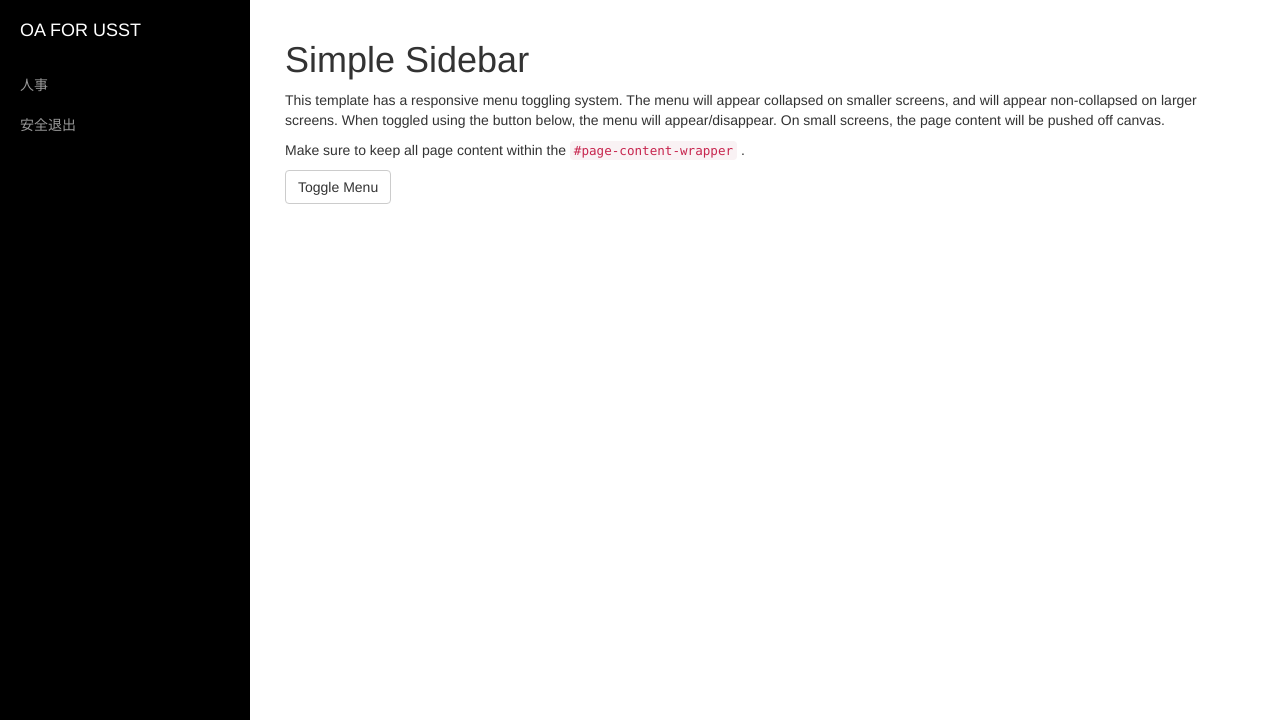
Repository: krzyty/OA_USST
Page: http://localhost/USSTOA/adminMain.jsp
An editor plug-in stored every save of this project. The page is shown before and after the next save, followed by the edit.
The browser window is 1280 px wide. The pictures show the whole page.
The page is served by Tomcat 9. Other server files are loaded and not shown.

Above is the page before, as saved 2017-07-05 06:55:19.

### 整合好的(不能修改)/OA_USST/USSTOA/WebContent/adminMain.jsp
<%@ page language="java" contentType="text/html; charset=UTF-8"
	pageEncoding="UTF-8"%><!DOCTYPE html>
<html lang="en">

<head>

<meta charset="utf-8">
<meta http-equiv="X-UA-Compatible" content="IE=edge">
<meta name="viewport" content="width=device-width, initial-scale=1">
<meta name="description" content="">
<meta name="author" content="">

<title>管理员主页</title>

<!-- Bootstrap Core CSS -->
<link href="css/bootstrap.min.css" rel="stylesheet">

<!-- Custom CSS -->
<link href="css/simple-sidebar.css" rel="stylesheet">

</head>

<body>

	<div id="wrapper">

		<!-- Sidebar -->
		<div id="sidebar-wrapper">
			<ul class="sidebar-nav">
				<li class="sidebar-brand"><a> OA FOR USST </a>
				</li>
				<li><a href="#">人事</a>
				</li>
				<li><a href="logout">安全退出</a>
				</li>
			</ul>
		</div>
		<!-- /#sidebar-wrapper -->

		<!-- Page Content -->
		<div id="page-content-wrapper">
			<div class="container-fluid">
				<div class="row">
					<div class="col-lg-12">
						<h1>Simple Sidebar</h1>
						<p>This template has a responsive menu toggling system. The
							menu will appear collapsed on smaller screens, and will appear
							non-collapsed on larger screens. When toggled using the button
							below, the menu will appear/disappear. On small screens, the page
							content will be pushed off canvas.</p>
						<p>
							Make sure to keep all page content within the
							<code>#page-content-wrapper</code>
							.
						</p>
						<a href="#menu-toggle" class="btn btn-default" id="menu-toggle">Toggle
							Menu</a>
					</div>
				</div>
			</div>
		</div>
		<!-- /#page-content-wrapper -->

	</div>
	<!-- /#wrapper -->

	<!-- jQuery -->
	<script src="js/jquery.js"></script>

	<!-- Bootstrap Core JavaScript -->
	<script src="js/bootstrap.min.js"></script>

	<!-- Menu Toggle Script -->
	<script>
		$("#menu-toggle").click(function(e) {
			e.preventDefault();
			$("#wrapper").toggleClass("toggled");
		});
	</script>

</body>

</html>

### 整合好的(不能修改)/OA_USST/USSTOA/WebContent/css/simple-sidebar.css
/*!
 * Start Bootstrap - Simple Sidebar HTML Template (http://startbootstrap.com)
 * Code licensed under the Apache License v2.0.
 * For details, see http://www.apache.org/licenses/LICENSE-2.0.
 */

/* Toggle Styles */

#wrapper {
    padding-left: 0;
    -webkit-transition: all 0.5s ease;
    -moz-transition: all 0.5s ease;
    -o-transition: all 0.5s ease;
    transition: all 0.5s ease;
}

#wrapper.toggled {
    padding-left: 250px;
}

#sidebar-wrapper {
    z-index: 1000;
    position: fixed;
    left: 250px;
    width: 0;
    height: 100%;
    margin-left: -250px;
    overflow-y: auto;
    background: #000;
    -webkit-transition: all 0.5s ease;
    -moz-transition: all 0.5s ease;
    -o-transition: all 0.5s ease;
    transition: all 0.5s ease;
}

#wrapper.toggled #sidebar-wrapper {
    width: 250px;
}

#page-content-wrapper {
    width: 100%;
    position: absolute;
    padding: 15px;
}

#wrapper.toggled #page-content-wrapper {
    position: absolute;
    margin-right: -250px;
}

/* Sidebar Styles */

.sidebar-nav {
    position: absolute;
    top: 0;
    width: 250px;
    margin: 0;
    padding: 0;
    list-style: none;
}

.sidebar-nav li {
    text-indent: 20px;
    line-height: 40px;
}

.sidebar-nav li a {
    display: block;
    text-decoration: none;
    color: #999999;
}

.sidebar-nav li a:hover {
    text-decoration: none;
    color: #fff;
    background: rgba(255,255,255,0.2);
}

.sidebar-nav li a:active,
.sidebar-nav li a:focus {
    text-decoration: none;
}

.sidebar-nav > .sidebar-brand {
    height: 65px;
    font-size: 18px;
    line-height: 60px;
}

.sidebar-nav > .sidebar-brand a {
    color: #999999;
}

.sidebar-nav > .sidebar-brand a:hover {
    color: #fff;
    background: none;
}

@media(min-width:768px) {
    #wrapper {
        padding-left: 250px;
    }

    #wrapper.toggled {
        padding-left: 0;
    }

    #sidebar-wrapper {
        width: 250px;
    }

    #wrapper.toggled #sidebar-wrapper {
        width: 0;
    }

    #page-content-wrapper {
        padding: 20px;
        position: relative;
    }

    #wrapper.toggled #page-content-wrapper {
        position: relative;
        margin-right: 0;
    }
}

Loaded but not shown: 整合好的(不能修改)/OA_USST/USSTOA/WebContent/css/bootstrap.min.css (library); 整合好的(不能修改)/OA_USST/USSTOA/WebContent/js/jquery.js (library); 整合好的(不能修改)/OA_USST/USSTOA/WebContent/js/bootstrap.min.js (library)

After the next save:
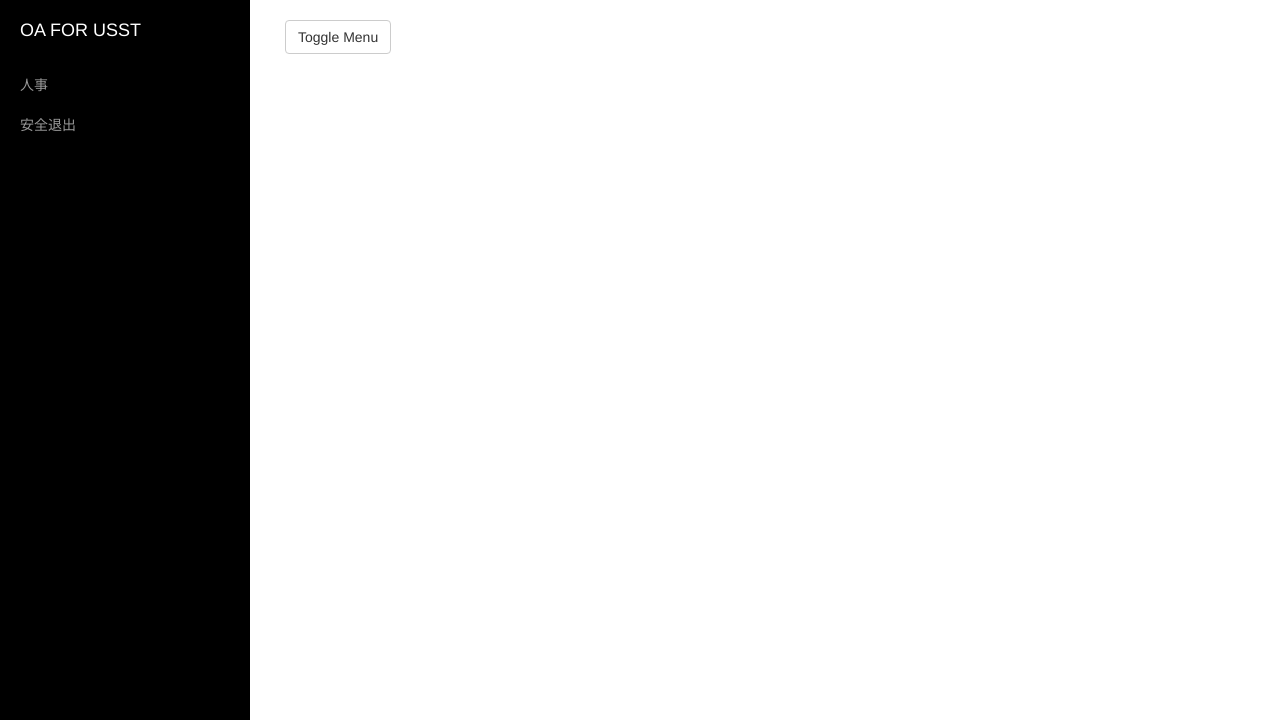
Saved 83 s later.
--- a/整合好的(不能修改)/OA_USST/USSTOA/WebContent/adminMain.jsp
+++ b/整合好的(不能修改)/OA_USST/USSTOA/WebContent/adminMain.jsp
@@ -42,17 +42,6 @@
 			<div class="container-fluid">
 				<div class="row">
 					<div class="col-lg-12">
-						<h1>Simple Sidebar</h1>
-						<p>This template has a responsive menu toggling system. The
-							menu will appear collapsed on smaller screens, and will appear
-							non-collapsed on larger screens. When toggled using the button
-							below, the menu will appear/disappear. On small screens, the page
-							content will be pushed off canvas.</p>
-						<p>
-							Make sure to keep all page content within the
-							<code>#page-content-wrapper</code>
-							.
-						</p>
 						<a href="#menu-toggle" class="btn btn-default" id="menu-toggle">Toggle
 							Menu</a>
 					</div>
